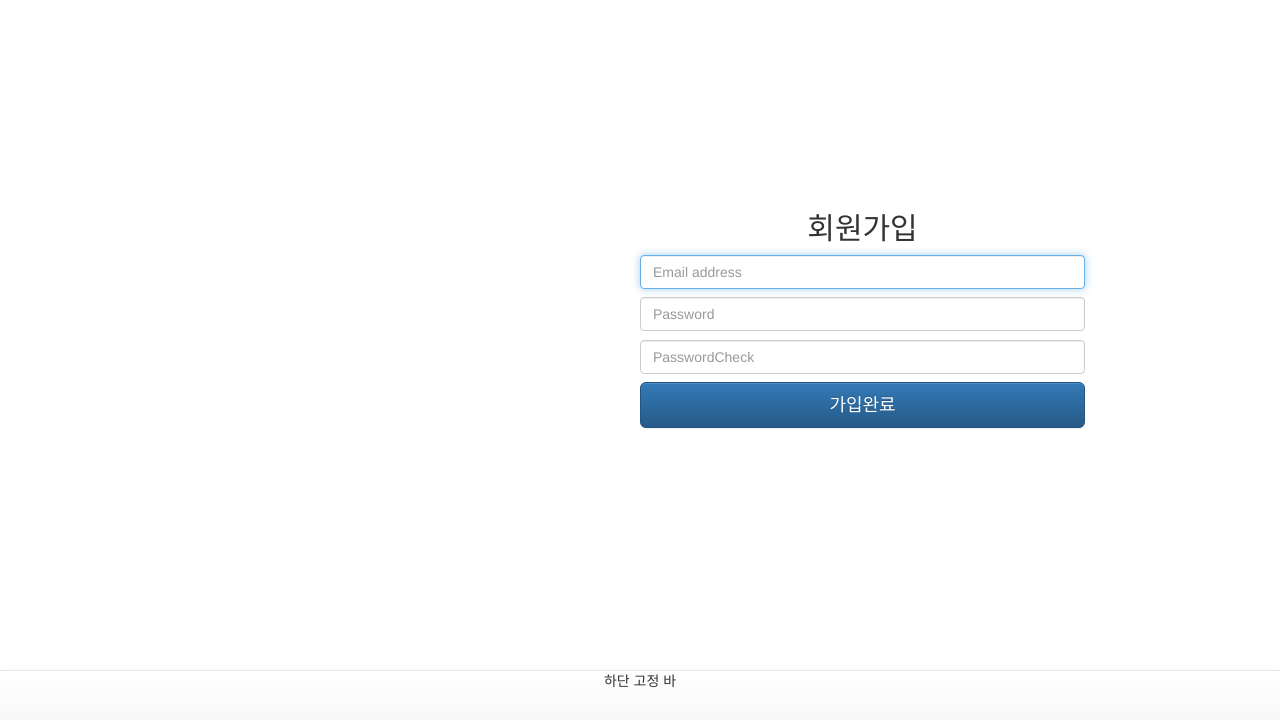
Repository: hrhwbp/Acorn-Final-Project
Page: http://localhost/final_project/index.jsp
The author's editor kept a copy of each file at every save. The page is drawn from the files as they stood at one save, then again after the next save.
The browser window is 1280 px wide. The pictures show the whole page.
Some web libraries are served in a nearby version. The page is served by Tomcat 9. Nobody is signed in. The application's start-up code is not run.

Above is the page before, as saved 2016-10-26 05:51:23.

After the next save:
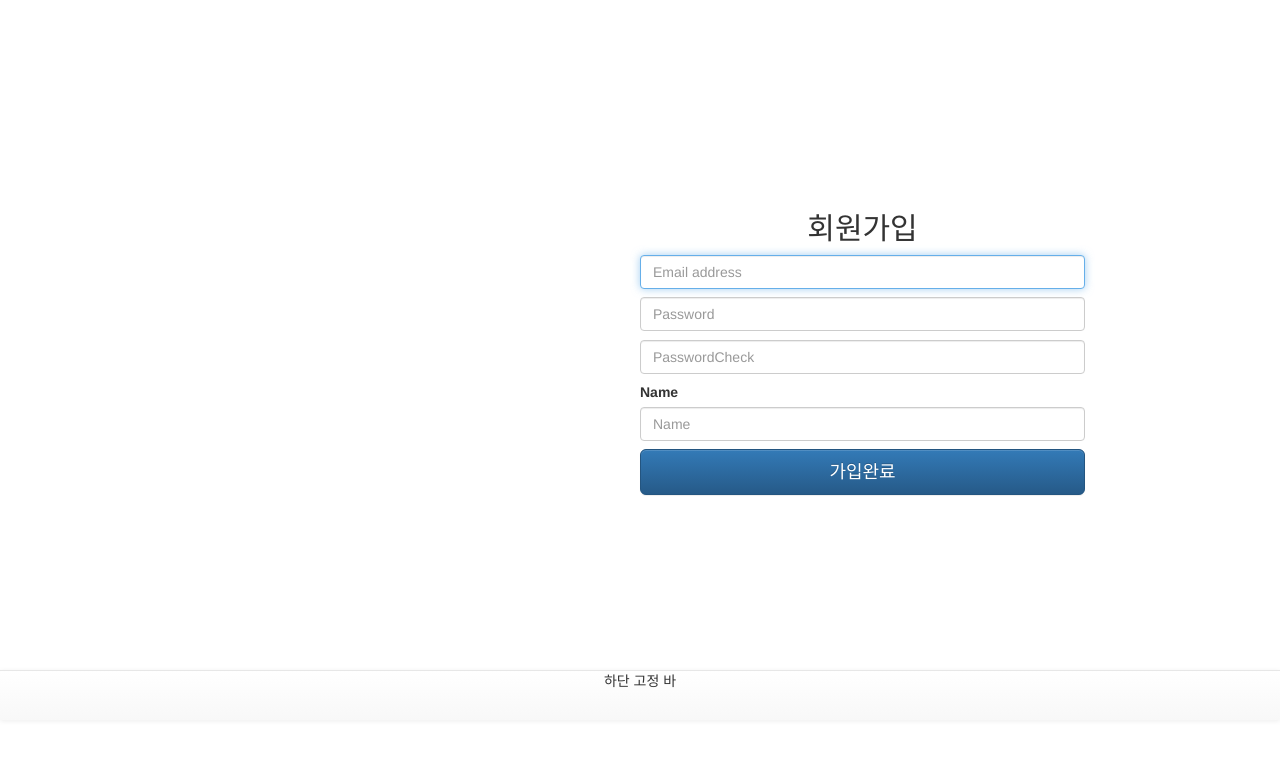
Saved 3 min 40 s later.
--- a/final_project/src/main/webapp/index.jsp
+++ b/final_project/src/main/webapp/index.jsp
@@ -78,6 +78,10 @@
 					placeholder="PasswordCheck" required>
 				</div>
 				<div class="row top_pd">
+				<label for="inputName">Name</label>
+    			<input type="text" class="form-control" id="inputName" placeholder="Name">
+				</div>
+				<div class="row top_pd">
 				<button class="btn btn-lg btn-primary btn-block" type="submit">가입완료</button>
 				</div>
 			</form>
